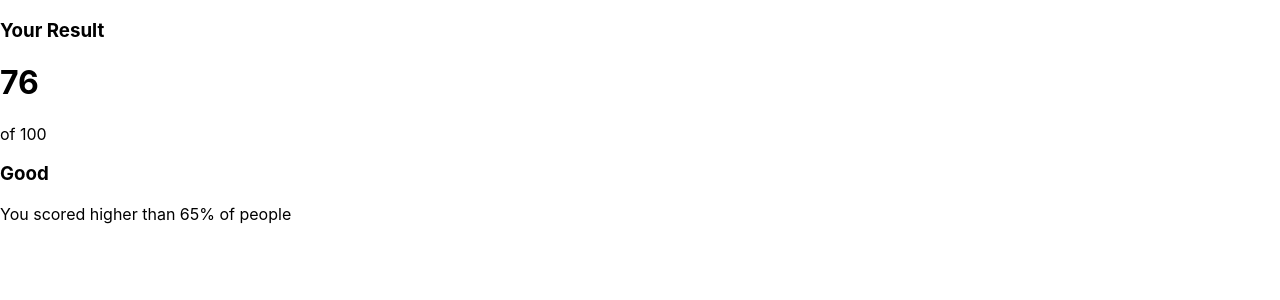
Repository: JeanPaulBassil/Result-Summary-Design
Page: /
These files come from the project's save history. The page is drawn as it stood at one moment and after the next save; the edit follows.
The browser window is 1280 px wide. The pictures show the whole page.
The project was rebuilt for these pictures with package versions that can differ from the ones it lists, and the page was loaded fresh each time.

Above is the page before, as saved 2023-02-24 15:11:56.

### src/App.js
import Result from "./Components/Result/Result"
import Summary from "./Components/Summary/Summary"

export default function App() {
    return (
        <div className="app">
            <Result />
            <Summary />
        </div>
    )
};

### src/Components/Result/Result.js
import Description from "../Description/Description";
import Grade from "../Grade/Grade";
import data from "../../data.json";

export default function Result() {
    const score = Math.floor(data.reduce((totalGrade, category) => totalGrade + category.score , 0) / data.length)

    return (
        <div className="result">
            <h3>Your Result</h3>
            <Grade score={score}/>
            <Description score={score}/>
        </div>
    )
};

### src/Components/Summary/Summary.js
import data from "../../data.json"

export default function Summary() {
    return (
        <div className="summary">

        </div>
    )
};

### src/Components/Description/Description.js
export default function Description({score}) {
    const performance = _ => {
        if (score >= 90) return ['Excellent', 'You scored higher than 85% of people']
        else if (score >= 80) return ['Great', 'You scored higher than 75% of people']
        else if (score >= 70) return ['Good', "You scored higher than 65% of people"]
        else if (score >= 60) return ['Not enough', "You're above nearly half the people"]
        else return ['Fail', 'Most people passed over you']
    }

    return (
        <div className="description">
        <h3>{performance()[0]}</h3>
        <p>{performance()[1]}</p>

        </div>
    )
};

### src/Components/Grade/Grade.js
export default function Grade({score}) {
    return (
        <div className="grade">
            <h1>{score}</h1>
            <p>of 100</p>
        </div>
    )
};

Loaded but not shown: public/index.html (common file); src/index.js (common file); src/index.css (common file); src/data.json (common file)

After the next save:
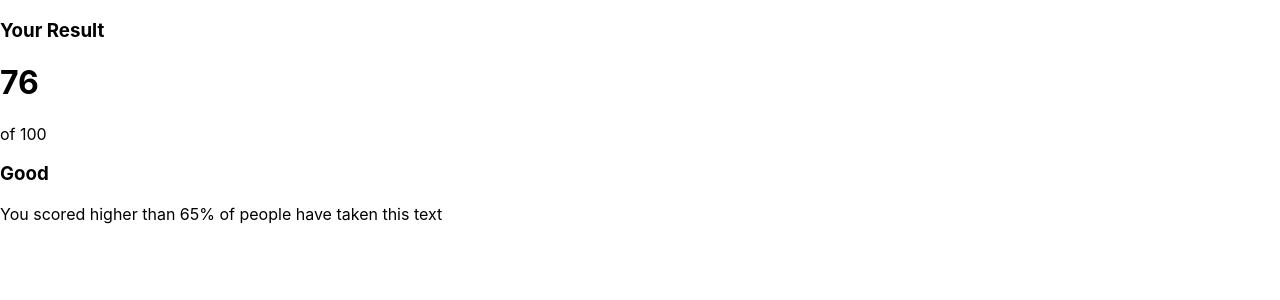
Saved 20 s later.
--- a/src/Components/Description/Description.js
+++ b/src/Components/Description/Description.js
@@ -1,10 +1,10 @@
 export default function Description({score}) {
     const performance = _ => {
-        if (score >= 90) return ['Excellent', 'You scored higher than 85% of people']
-        else if (score >= 80) return ['Great', 'You scored higher than 75% of people']
-        else if (score >= 70) return ['Good', "You scored higher than 65% of people"]
-        else if (score >= 60) return ['Not enough', "You're above nearly half the people"]
-        else return ['Fail', 'Most people passed over you']
+        if (score >= 90) return ['Excellent', 'You scored higher than 85% of people who have taken this text']
+        else if (score >= 80) return ['Great', 'You scored higher than 75% of people have taken this text']
+        else if (score >= 70) return ['Good', "You scored higher than 65% of people have taken this text"]
+        else if (score >= 60) return ['Not enough', "You're above nearly half the people have taken this text"]
+        else return ['Fail', 'Most people passed over you have taken this text']
     }
 
     return (
